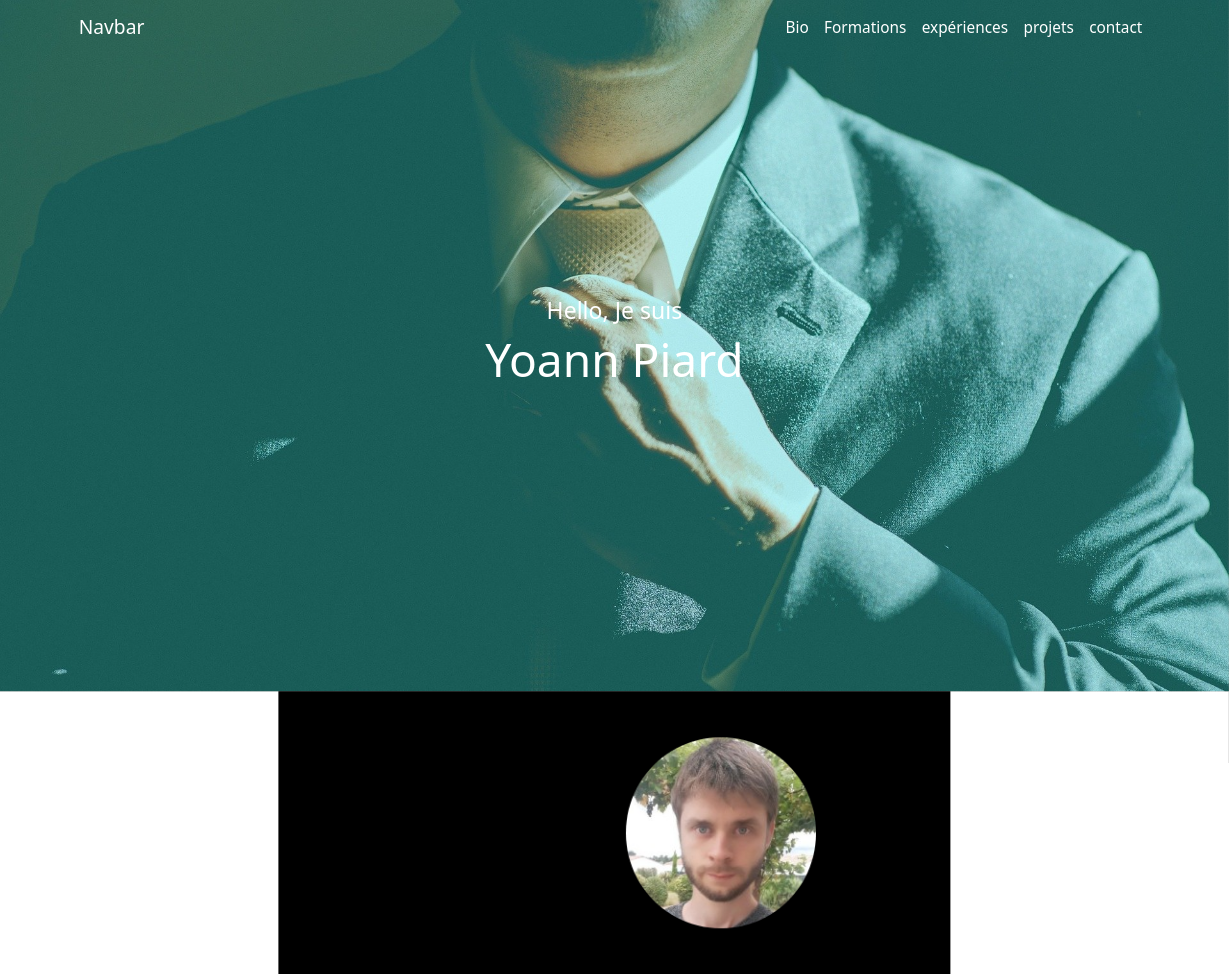
Repository: ypiard85/port-folio-bootstrap-yoann-2021
Page: index.html
The author's editor kept a copy of each file at every save. The page is drawn from the files as they stood at one save, then again after the next save.
The browser window is 1280 px wide. The pictures show the whole page, at 96% of full size.

Above is the page before, as saved 2021-03-09 12:45:19.

After the next save:
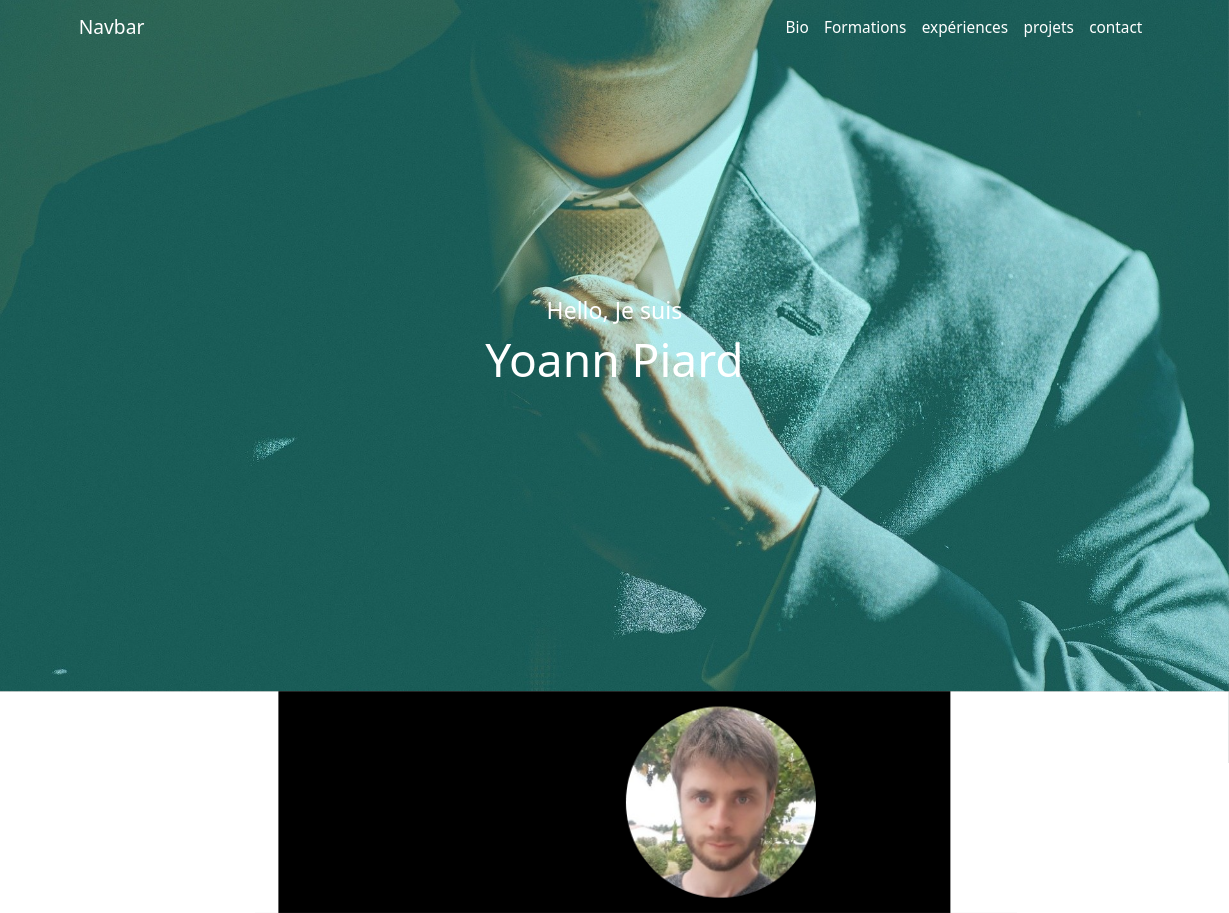
Saved 4 s later.
--- a/index.html
+++ b/index.html
@@ -45,7 +45,7 @@
               <h1>Yoann Piard</h1>
           </header>
 
-          <section class="about_me p-5">
+          <section class="about_me p-3">
                 <div class="row">
                     <div class="col-md-6">
 
